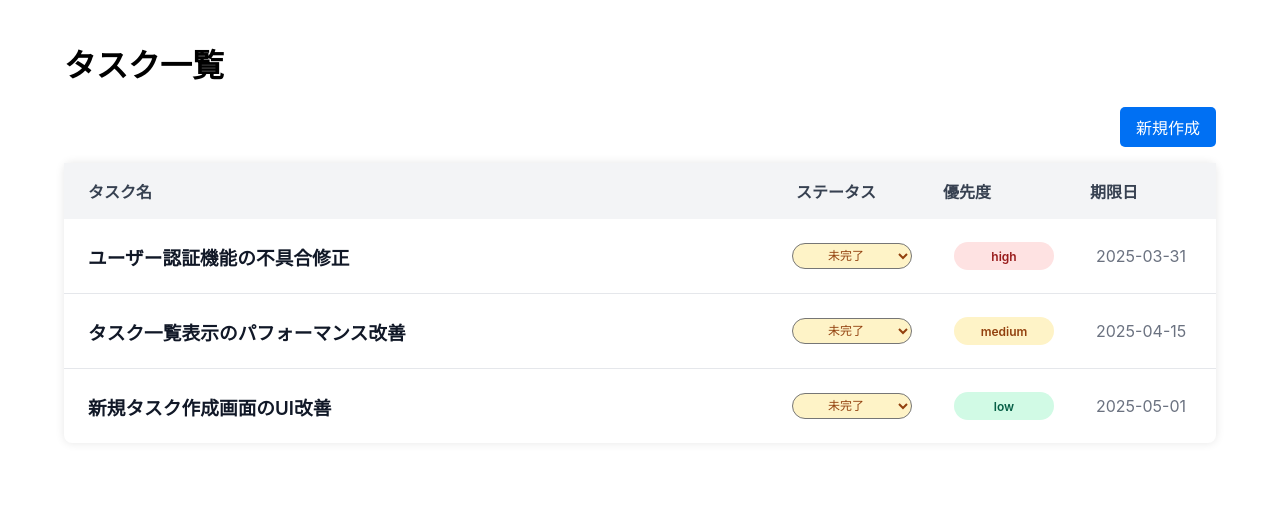
Repository: s1ros75/react-task-app
Page: /tasks
The author's editor kept a copy of each file at every save. The page is drawn from the files as they stood at one save, then again after the next save.
The browser window is 1280 px wide. The pictures show the whole page.
The project was rebuilt for these pictures with package versions that can differ from the ones it lists, and the page was loaded fresh each time. Also part of the build but not shown: vite.config.ts, src/styles/home.module.css, src/pages/home/index.tsx, src/features/tasks/hooks/getTaskById.ts, src/features/tasks/styles/taskDetail.module.css, src/features/tasks/components/TaskDetail.tsx, src/features/tasks/hooks/deleteTask.ts, src/features/tasks/components/TaskDeleteButton.tsx and 9 more.

Above is the page before, as saved 2026-01-18 00:01:06.

### src/main.tsx
import { StrictMode } from "react";
import { createRoot } from "react-dom/client";
import "./index.css";
import App from "./App.tsx";
import { BrowserRouter } from "react-router-dom";

const rootElement = document.getElementById("root");

createRoot(rootElement!).render(
  <StrictMode>
    <BrowserRouter>
      <App />
    </BrowserRouter>
  </StrictMode>
);

### src/index.css
:root {
  font-family: Inter, system-ui, Avenir, Helvetica, Arial, sans-serif;
}

body {
  margin: 0;
  padding: 0;
  font-family: var(--font-family);
}

### src/App.tsx
import { Route, Routes } from "react-router-dom";
import HomePage from "./pages/home";
import TaskListPage from "./pages/tasks/taskListPage";
import TaskDetailPage from "./pages/tasks/taskDetailPage";
import TaskCreatePage from "./pages/tasks/taskCreatePage";
import TaskEditPage from "./pages/tasks/taskEditPage";
import Header from "./shared/components/Header";

function App() {
  return (
    <Routes>
      <Route path="/" element={<HomePage />} />
      <Route path="/tasks" element={<TaskListPage />} />
      <Route path="/tasks/:id" element={<TaskDetailPage />} /> {/* タスクの詳細ページのルーティングを追加 */}
      <Route path="/tasks/new" element={<TaskCreatePage />} /> {/* タスク作成ページへのルーティングを追加 */}
      <Route path="/tasks/:id/edit" element={<TaskEditPage />} />  {/* タスク編集ページのルーティング */}
    </Routes>
  );
}

export default App;

### src/pages/tasks/taskListPage.tsx
import TaskListContainer from "../../features/tasks/containers/TaskListContainer";

export default function TaskListPage() {
  return (
    <div>
      <TaskListContainer /> {/* タスク一覧コンポーネントを読み込む */}
    </div>
  );
}

### src/features/tasks/containers/TaskListContainer.tsx
import { Link } from "react-router-dom";
import { useEffect, useState } from "react";
import { getTasks } from "../hooks/getTasks";
import type { Task } from "../../../types/task";
import TaskCard from "../components/TaskCard";
import styles from "../styles/TaskListContainer.module.css";
import { updateTask } from "../hooks/updateTask"; // updateTask関数をインポート

export default function TaskListContainer() {
  const [tasks, setTasks] = useState<Task[]>([]);

  // データを取得する関数を独立させる（更新後にも呼べるようにするため）
  const fetchTasks = async () => {
    const fetchedTasks = await getTasks();
    setTasks(fetchedTasks);
  };

  useEffect(() => {
    fetchTasks();
  }, []);

  const handleToggleStatus = async (taskId: Task["id"], newStatus: boolean) => {
    await updateTask(String(taskId), { status: newStatus });
    await fetchTasks(); // ここで関数として正しく呼び出す
  };

  return (
    <div className={styles.container}>
      <h1>タスク一覧</h1>
      <div className={styles.taskListHeader}>
        {" "}
        <Link to="/tasks/new" className={styles.newTaskLink}>
          新規作成
        </Link>
      </div>
      <div className={styles.tableContainer}>
        <div className={styles.header}>
          <div>タスク名</div>
          <div>ステータス</div>
          <div>優先度</div> {/* ← この列に対応するデータが */}
          <div>期限日</div> {/* ← TaskCard 内にあるか確認が必要 */}
        </div>
        <div className={styles.taskList}>
          {tasks.map((task) => (
            <TaskCard
              key={task.id}
              task={task}
              onToggleStatus={handleToggleStatus} // 更新用関数を渡す必要がある場合
            />
          ))}
        </div>
      </div>
    </div>
  );
}

### src/features/tasks/hooks/getTasks.ts
import type { Task } from "../../../types/task";
import { mockTasks } from "../mocks/task";

export const getTasks = (): Promise<Task[]> => {
  return new Promise((resolve) => {
    setTimeout(() => resolve([...mockTasks]));
  });
};

### src/features/tasks/components/TaskCard.tsx
import { Link } from "react-router-dom";
import styles from "../styles/taskCard.module.css";
import { getPriorityClass } from "../utils/priority"; // getPriorityClass関数をimport
import { getStatusLabel } from "../utils/status-label"; // getStatusLabel関数をimport
import type { Task } from "../../../types/task";

export default function TaskCard({ task, onToggleStatus }: Props) {

  const handleStatusChange = (e: React.ChangeEvent<HTMLSelectElement>) => {
    const newStatus = e.target.value === "true";
    if (onToggleStatus) {
      onToggleStatus(task.id, newStatus);
    }
  };

  return (
    <div className={styles.taskCard}>
      {/* 1. タイトル */}
      <Link to={`/tasks/${task.id}`} className={styles.detailLink}>
        <h3 className={styles.taskTitle}>{task.title}</h3>
      </Link>

      {/* 2. ステータス */}
      <select
        value={task.status ? "true" : "false"}
        onChange={handleStatusChange}
        className={`${styles.badge} ${task.status ? styles.completed : styles.incomplete}`}
      >
        <option value="false">{getStatusLabel(false)}</option>
        <option value="true">{getStatusLabel(true)}</option>
      </select>

      {/* --- ここから追加 --- */}

      {/* 3. 優先度 */}
      <div className={`${styles.priority} ${getPriorityClass(task.priority, styles)}`}>
        {task.priority}
      </div>

      {/* 4. 期限日 */}
      <div className={styles.dueDate}>
        {task.dueDate}
      </div>

    </div>
  );
}

// type Props = {
//   task: Task;
//   onToggleStatus: (taskId: Task['id'], newStatus: boolean) => void;
// };

// export default function TaskCard({ task, onToggleStatus }: Props) {  // onToggleStatusをpropsで受け取る

//   // ステータス変更時のハンドラー
//   const handleStatusChange = (e: React.ChangeEvent<HTMLSelectElement>) => {
//     const newStatus = e.target.value === "true";
//     if (onToggleStatus) {
//       onToggleStatus(task.id, newStatus);
//     }
//   };

//   return (
//     <div className={styles.taskCard}>
//       <Link to={`/tasks/${task.id}`} className={styles.detailLink}>
//         <h3 className={styles.taskTitle}>{task.title}</h3>
//       </Link>
//       {/* ステータスをセレクトボックスに変更 */}
//       <select
//         value={task.status ? "true" : "false"}
//         onChange={handleStatusChange}
//         className={`${styles.badge} ${task.status ? styles.completed : styles.incomplete}`}
//       >
//         <option value="false">{getStatusLabel(false)}</option>  {/* 未完了の場合のラベル */}
//         <option value="true">{getStatusLabel(true)}</option>    {/* 完了の場合のラベル */}
//       </select>
//     </div>
//   );
// }

### src/features/tasks/styles/TaskListContainer.module.css
.container {
  width: 90%;
  max-width: 1400px;
  margin: 40px auto;
}

.tableContainer {
  margin: 0 auto;
  background-color: white;
  border-radius: 0.5rem;
  box-shadow: 0 0 10px rgba(0, 0, 0, 0.1);
}

.header {
  display: grid;
  grid-template-columns: 1fr 115px 115px 110px;
  column-gap: 2rem;
  align-items: center;
  padding: 1rem 1rem 1rem 1.5rem;
  background-color: #f3f4f6;
  font-weight: 600;
  color: #374151;
}

.taskList {
  display: flex;
  flex-direction: column;
}

.taskList > *:not(:last-child) {
  border-bottom: 1px solid #e5e7eb;
}

.taskListHeader {
  text-align: right;
  margin-bottom: 1rem;
}

.newTaskLink {
  display: inline-block;
  background-color: #0070f3;
  color: white;
  padding: 0.5rem 1rem;
  border-radius: 5px;
  text-decoration: none;
  font-size: 1rem;
  transition: background-color 0.3s ease;
}

.newTaskLink:hover {
  background-color: #0051bb;
}

### src/features/tasks/hooks/updateTask.ts
import type { Task, TaskFormData } from "../../../types/task";
import { mockTasks } from "../mocks/task";

export const updateTask = (id: string, taskData: TaskFormData): Promise<Task | null> => {
  return new Promise((resolve) => {
    setTimeout(() => {
      const index = mockTasks.findIndex((task) => task.id === Number.parseInt(id));
      if (index !== -1) {
        mockTasks[index] = {
          ...mockTasks[index],
          ...taskData,
          updatedAt: new Date().toISOString(),
        };
        resolve(mockTasks[index]);
      } else {
        resolve(null);
      }
    }, 500);
  });
};

### src/features/tasks/mocks/task.ts
import type { Task } from "../../../types/task";

export const mockTasks: Task[] = [
  {
    id: 1,
    title: "ユーザー認証機能の不具合修正",
    description: "ユーザーがログイン時に、不正なトークンエラーが発生する問題を修正します。",
    status: false,
    priority: "high",
    dueDate: "2025-03-31",
    createdAt: "2025-02-17T10:00:00Z",
    updatedAt: "2025-02-17T10:00:00Z",
  },
  {
    id: 2,
    title: "タスク一覧表示のパフォーマンス改善",
    description:
      "タスク一覧ページで、タスクが大量にある場合の表示遅延を改善します。不要な再レンダリングを防ぐため、コンポーネントの最適化を実施してください。",
    status: false,
    priority: "medium",
    dueDate: "2025-04-15",
    createdAt: "2025-02-17T10:00:00Z",
    updatedAt: "2025-02-17T10:00:00Z",
  },
  {
    id: 3,
    title: "新規タスク作成画面のUI改善",
    description:
      "新規タスク作成画面の入力フォームのユーザビリティ向上を図ります。エラーメッセージの明示化や、入力フィールドのデザインを改善してください。",
    status: false,
    priority: "low",
    dueDate: "2025-05-01",
    createdAt: "2025-02-17T10:00:00Z",
    updatedAt: "2025-02-17T10:00:00Z",
  },
];

### src/features/tasks/styles/taskCard.module.css
.taskCard {
  display: grid;
  grid-template-columns: 1fr 120px 120px 120px;
  column-gap: 2rem;
  align-items: center;
  transition: background-color 0.2s ease;
}

.taskCard:hover {
  background-color: #f9fafb;
}

.detailLink {
  height: 100%;
  display: flex;
  align-items: center;
  text-decoration: none;
  padding-left: 1.5rem;
  transition: color 0.2s ease;
}

.detailLink:hover .taskTitle {
  color:rgb(56, 92, 202);
}

.taskTitle {
  font-weight: 600;
  color: #111827;
  margin: 0;
}

.badge {
  display: inline-block;
  padding: 0.25rem 0.5rem;
  margin: 1.5rem 0;
  border-radius: 9999px;
  font-size: 0.75rem;
  font-weight: 500;
  text-align: center;
  cursor: pointer;
}

.completed {
  background-color: #d1fae5;
  color: #065f46;
}

.incomplete {
  background-color: #fef3c7;
  color: #92400e;
}

.highPriority,
.mediumPriority,
.lowPriority,
.defaultPriority {
  display: flex;            /* Flexboxを使用 */
  align-items: center;      /* 垂直中央 */
  justify-content: center;  /* 水平中央 */

  height: 28px;             /* 高さを固定して揃える */
  width: 100px;             /* 幅を固定して中央寄せを際立たせる */
  margin: 0 auto;           /* gridセル内での中央寄せ */

  border-radius: 9999px;    /* 完全に丸いカプセル型 */
  font-size: 0.75rem;
  font-weight: 600;
  text-align: center;
}

.highPriority {
  background-color: #fee2e2;
  color: #991b1b;
}

.mediumPriority {
  background-color: #fef3c7;
  color: #92400e;
}

.lowPriority {
  background-color: #d1fae5;
  color: #065f46;
}

.defaultPriority {
  background-color: #e5e7eb;
  color: #374151;
}

.dueDate {
  color: #6b7280;
}

### src/features/tasks/utils/priority.ts
import type { Priority } from "../../../types/task";

// 優先度に応じたスタイルクラスを返す関数
export const getPriorityClass = (
  priority: Priority, // 優先度（high | medium | low）などの文字列（Priority型）
  styles: Record<string, string> // スタイルモジュール（key-value形式のオブジェクト）
): string => {
  switch (priority.toLowerCase()) {
    case "high":
      return styles.highPriority;
    case "medium":
      return styles.mediumPriority;
    case "low":
      return styles.lowPriority;
    default:
      return styles.defaultPriority;
  }
};

### src/features/tasks/utils/status-label.ts
// ステータス（true/false）に応じて表示ラベルを返す
export const getStatusLabel = (status: boolean): string => {
  return status ? "完了" : "未完了";
};

### src/shared/components/Header.tsx
import { Link } from "react-router-dom";
import styles from "./Header.module.css";

export default function Header() {
  return (
    <header className={styles.header}>
      <div className={styles.logo}>
        <Link to="/">タスク管理アプリ</Link>
      </div>
      <nav className={styles.nav}>
        <ul className={styles.navList}>
          <li>
            <Link to="/tasks">タスク一覧</Link>
          </li>
          <li>
            <Link to="/tasks/new">新規作成</Link>
          </li>
        </ul>
      </nav>
    </header>
  );
}

### src/shared/components/Header.module.css
.header {
  display: flex;
  justify-content: space-between;
  align-items: center;
  padding: 1rem 2rem;
  background-color: #e3e3e3;
}

.logo a {
  color: #000;
  text-decoration: none;
  font-size: 1.5rem;
  font-weight: bold;
}

.navList {
  list-style: none;
  display: flex;
  gap: 1rem;
  margin: 0;
  padding: 0;
}

.navList li a {
  color: #000;
  text-decoration: none;
  font-size: 1rem;
}

.navList li a:hover {
  text-decoration: underline;
}

Loaded but not shown: index.html (common file)

After the next save:
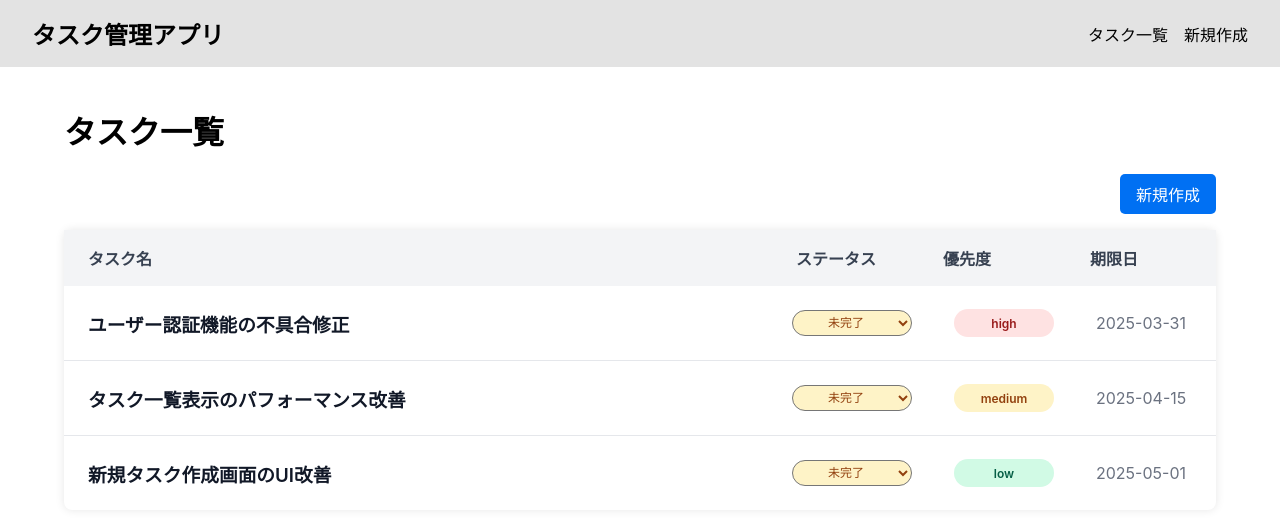
Saved 31 s later.
--- a/src/App.tsx
+++ b/src/App.tsx
@@ -6,15 +6,19 @@ import TaskCreatePage from "./pages/tasks/taskCreatePage";
 import TaskEditPage from "./pages/tasks/taskEditPage";
 import Header from "./shared/components/Header";
 
+
 function App() {
   return (
-    <Routes>
-      <Route path="/" element={<HomePage />} />
-      <Route path="/tasks" element={<TaskListPage />} />
-      <Route path="/tasks/:id" element={<TaskDetailPage />} /> {/* タスクの詳細ページのルーティングを追加 */}
-      <Route path="/tasks/new" element={<TaskCreatePage />} /> {/* タスク作成ページへのルーティングを追加 */}
-      <Route path="/tasks/:id/edit" element={<TaskEditPage />} />  {/* タスク編集ページのルーティング */}
-    </Routes>
+    <>
+      <Header />
+      <Routes>
+        <Route path="/" element={<HomePage />} />
+        <Route path="/tasks" element={<TaskListPage />} />
+        <Route path="/tasks/:id" element={<TaskDetailPage />} />
+        <Route path="/tasks/new" element={<TaskCreatePage />} />
+        <Route path="/tasks/:id/edit" element={<TaskEditPage />} />
+      </Routes>
+    </>
   );
 }
 
